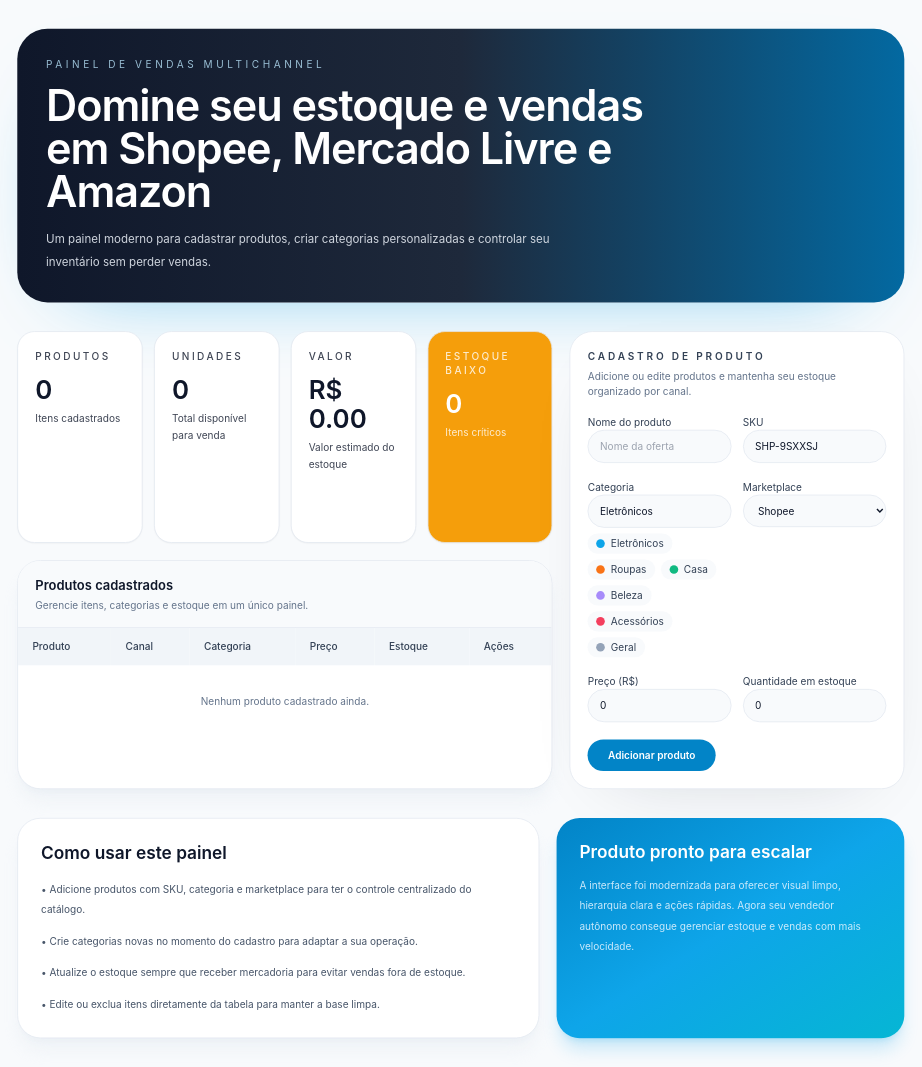
Repository: jorcardjunior/Ponto-Das-Ofertas-
Page: /
These files come from the project's save history. The page is drawn as it stood at one moment and after the next save; the edit follows.
The browser window is 1280 px wide. The pictures show the whole page, at 72% of full size.
The project was rebuilt for these pictures with package versions that can differ from the ones it lists, and the page was loaded fresh each time. The framework's server and built-in components were replaced by stand-ins that run in the browser. Also part of the build but not shown: next.config.js, next.config.mjs.

Above is the page before, as saved 2026-06-07 00:50:13.

After the next save:
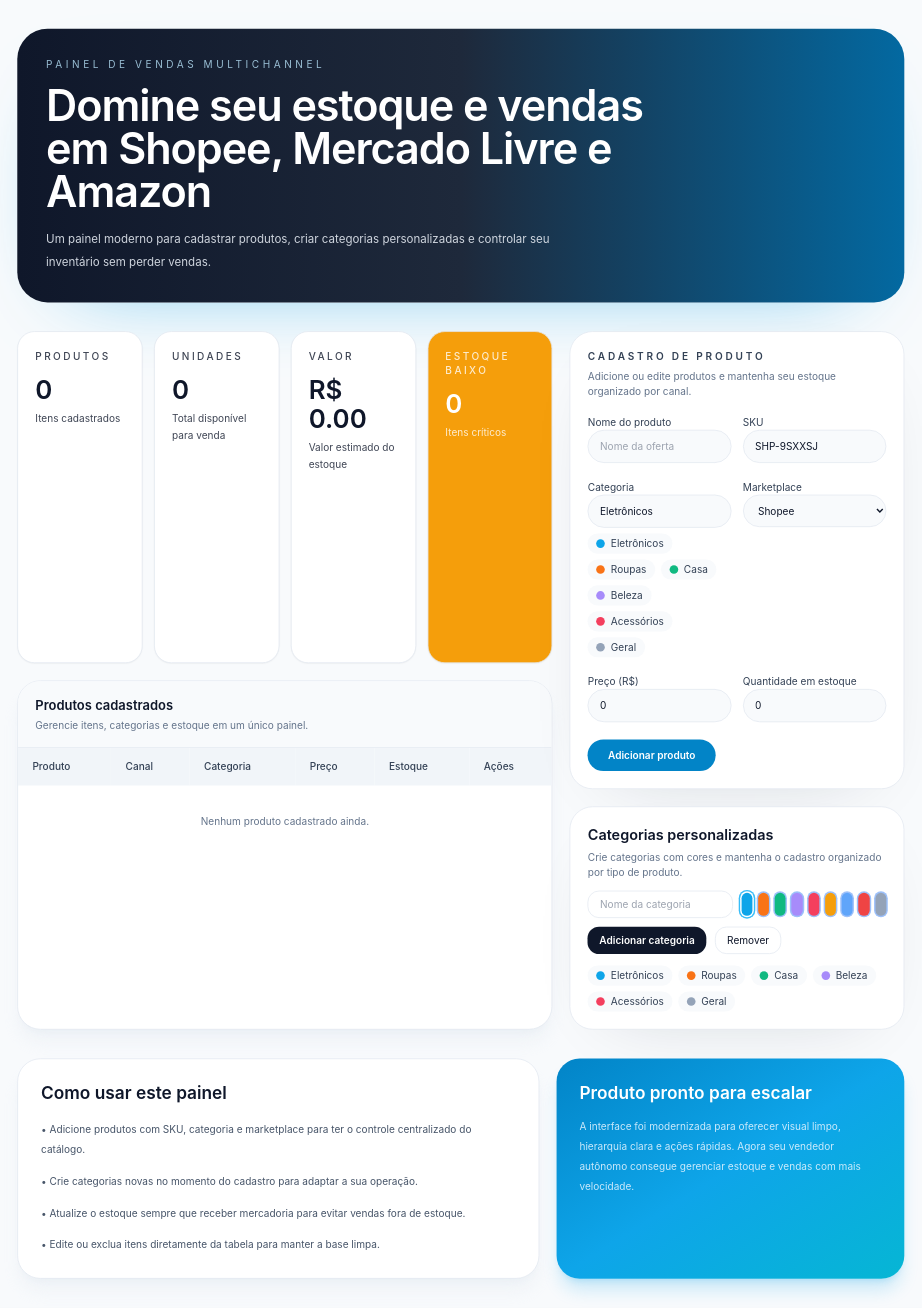
Saved 10 s later.
--- a/app/page.tsx
+++ b/app/page.tsx
@@ -149,7 +149,15 @@ export default function Home() {
             <ProductTable products={products} categories={categories} lowStockThreshold={LOW_STOCK_THRESHOLD} onEdit={handleEdit} onDelete={handleDelete} />
           </div>
 
-          <ProductForm categories={categories} marketplaces={marketplaces} onSave={handleSave} selected={selectedProduct} onCancelEdit={() => setSelectedProduct(null)} />
+          <div className="space-y-6">
+            <ProductForm categories={categories} marketplaces={marketplaces} onSave={handleSave} selected={selectedProduct} onCancelEdit={() => setSelectedProduct(null)} />
+
+            <div className="rounded-[32px] border border-slate-200 bg-white p-6 shadow-[0_30px_100px_-60px_rgba(15,23,42,0.2)]">
+              <h2 className="text-xl font-semibold text-slate-900">Categorias personalizadas</h2>
+              <p className="mt-2 text-sm text-slate-500">Crie categorias com cores e mantenha o cadastro organizado por tipo de produto.</p>
+              <CategoryManager categories={categories} onCreate={handleCreateCategory} onDelete={handleDeleteCategory} />
+            </div>
+          </div>
         </section>
 
         <section className="mt-10 grid gap-6 lg:grid-cols-[1.2fr_0.8fr]">
